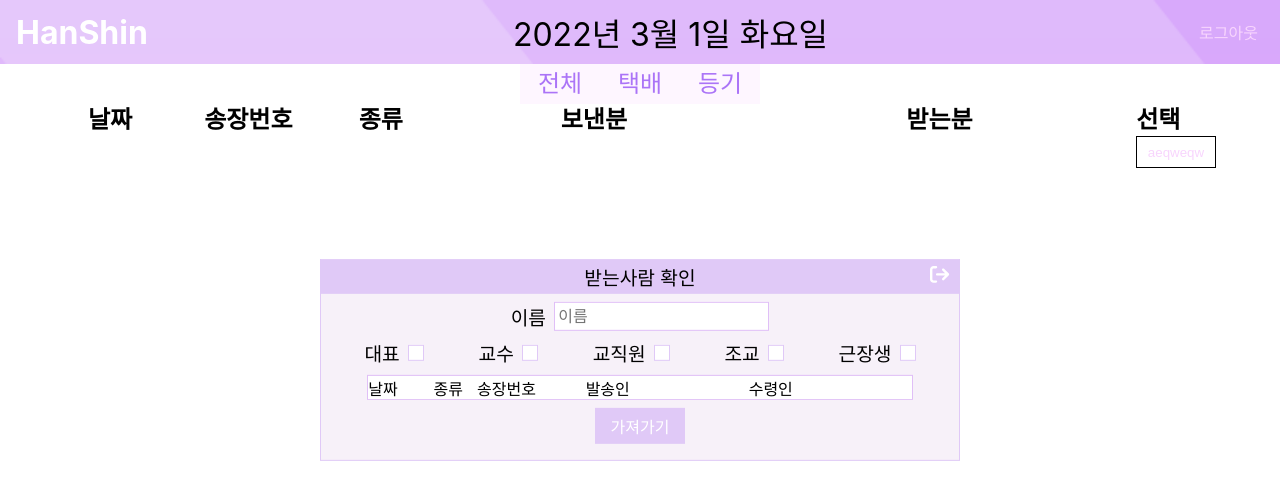
Repository: SeungYn/hanshinClient
Page: /, after clicking the first element matching `button.package_d2e76_submitBtn`
An editor plug-in stored every save of this project. The page is shown before and after the next save, followed by the edit.
The browser window is 1280 px wide. The pictures show the whole page.
The page's requests for data from a server got no answer. The project was rebuilt for these pictures with package versions that can differ from the ones it lists, and the page was loaded fresh each time. No one was signed in, and anything a server would have sent is missing. Also part of the build but not shown: src/App.css, src/components/item/item.jsx, src/components/addboxs/addBoxs.jsx.

Above is the page before, as saved 2022-03-01 03:20:06.

After the next save:
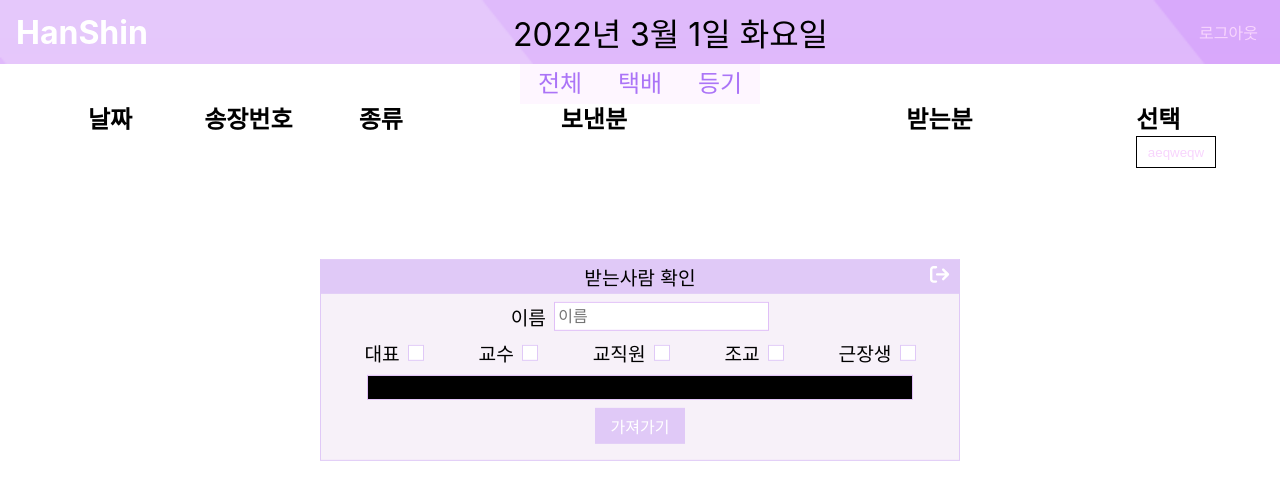
Saved 14 s later.
--- a/src/components/receiverInput/receiverInput.module.css
+++ b/src/components/receiverInput/receiverInput.module.css
@@ -103,7 +103,7 @@ input[type='radio']:checked + .checkedBox:after {
   flex-direction: column;
 }
 
-.packageList:first-child {
+.packageList li:first-child {
   background-color: black;
 }
 
